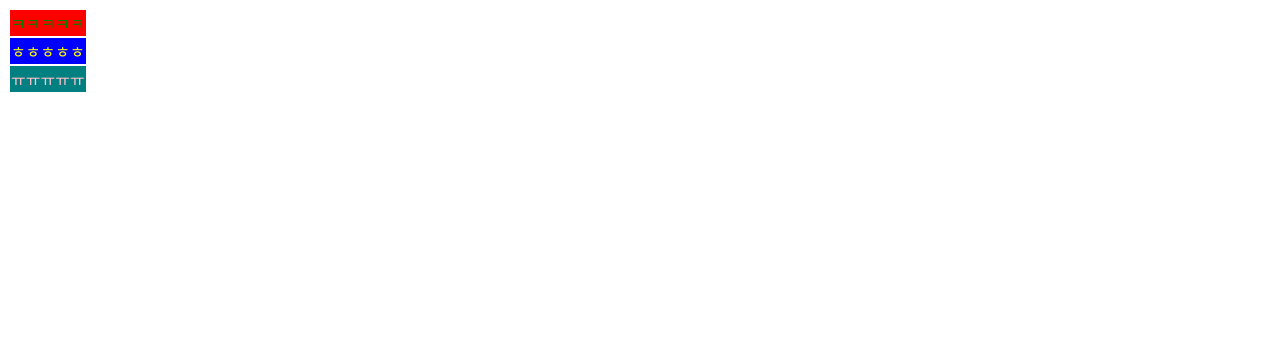
Repository: AgentHyun/FishDalle3
Page: Feb13_1_jQuery/WebContent/5_Example.html
An editor plug-in stored every save of this project. The page is shown before and after the next save, followed by the edit.
The browser window is 1280 px wide. The pictures show the whole page.

Above is the page before, as saved 2025-02-13 07:25:19.

### Feb13_1_jQuery/WebContent/5_Example.html
<!DOCTYPE html>
<html>
<head>
<meta charset="UTF-8">
<title>Insert title here</title>

<script type = "text/javascript" src = "jQuery.js"></script>
<script type = "text/javascript">

$(function(){

	// ㅋㅋㅋㅋㅋㅋ => 글자색 : green / 배경색 : red
	// ㅎㅎㅎㅎㅎㅎ => 글자색 : yellow/ 배경색 : blue
	// ㅠㅠㅠㅠㅠㅠ=> 글자색 : pink/ 배경색 : teal


let arrobj = [
    { color: "green", bgc: "red" },
    { color: "yellow", bgc: "blue" },
    { color: "pink", bgc: "teal" }
];

$("td").each(function(i, t) {
    $(t).css("color", arrobj[i].color);
    $(t).css("background-color", arrobj[i].bgc);
});




	 /*  $("td").each(function(i, h){

		  if(i == 0){
	      $(h).css("color", "green");
	      $(h).css("background-color", "red");

		  }else if(i == 1){
	    	  $(h).css("color", "yellow");
		      $(h).css("background-color", "blue");

	      }else if(i == 2){
	    	  $(h).css("color", "pink");
		      $(h).css("background-color", "teal");

	      }

	  	 }); */








});



</script>
</head>
<body>
<table>
<tr>
<td>ㅋㅋㅋㅋㅋ</td>

</tr>
<tr>
<td>ㅎㅎㅎㅎㅎ</td>

</tr>
<tr>
<td>ㅠㅠㅠㅠㅠ</td>

</tr>



</table>
</body>
</html>

Loaded but not shown: Feb13_1_jQuery/WebContent/jQuery.js (library)

After the next save:
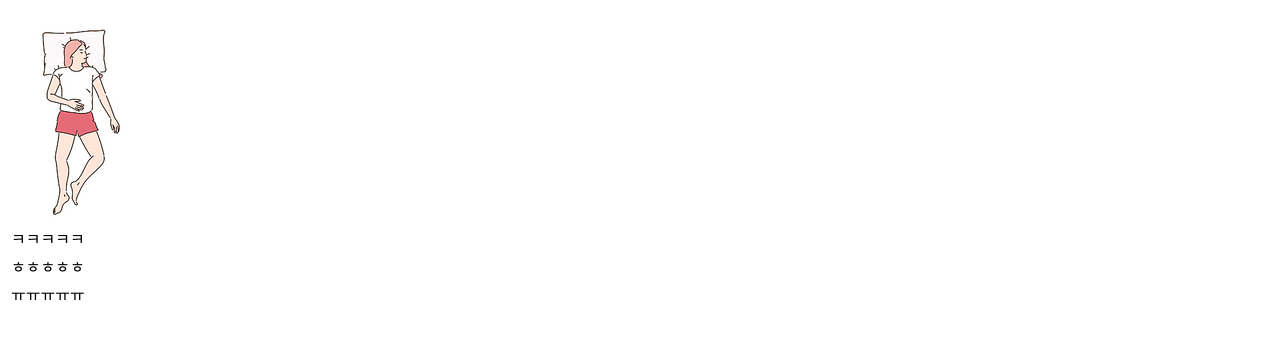
Console error: SyntaxError: Unexpected token '{'
Saved 72 s later.
--- a/Feb13_1_jQuery/WebContent/5_Example.html
+++ b/Feb13_1_jQuery/WebContent/5_Example.html
@@ -24,6 +24,20 @@
     $(t).css("color", arrobj[i].color);
     $(t).css("background-color", arrobj[i].bgc);
 });
+
+
+	//setInterval()을 이용해서
+	//처음시작사진 ~ 끝사진까지 한장씩 넘겨가면서 보여주기
+	// 마지막사진을 출력하면 => 다시 처음부터 시작하게
+
+
+
+	let turn = 0;
+
+	setInterval(() => {
+		${}
+	}, 1000);
+
 
 
 
@@ -74,6 +88,7 @@
 
 </tr>
 
+<img src = "a1.png">
 
 
 </table>

After the 3 saves that followed:
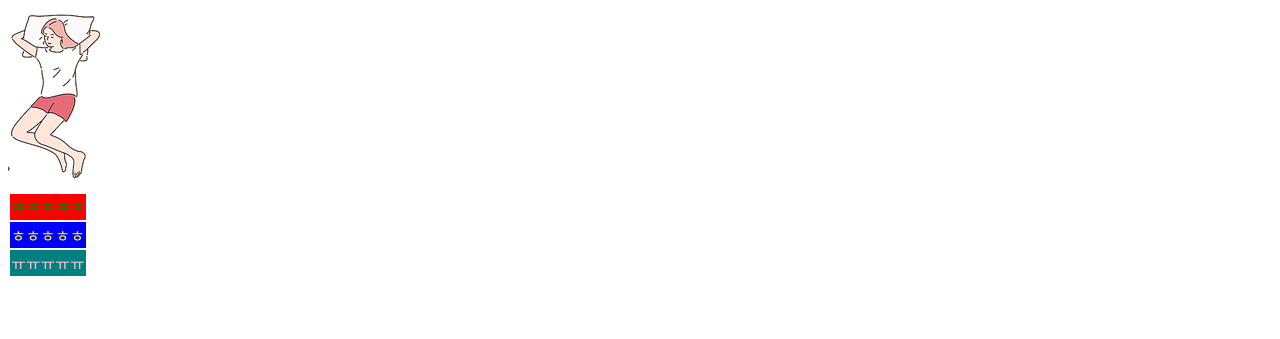
The error is gone.
The 3 saves are shown as one change because 2 left the picture as it was.
The last was saved 4 min 40 s later.
--- a/Feb13_1_jQuery/WebContent/5_Example.html
+++ b/Feb13_1_jQuery/WebContent/5_Example.html
@@ -33,9 +33,15 @@
 
 
 	let turn = 0;
+	let turnarr = [1,2,3,4,5,6,7,8];
+	setInterval(() => {
 
-	setInterval(() => {
-		${}
+
+		  $.each(turnarr, function(i, count){
+				$("img").attr("src", "a" + count + ".png");
+
+
+			  });
 	}, 1000);
 
 
